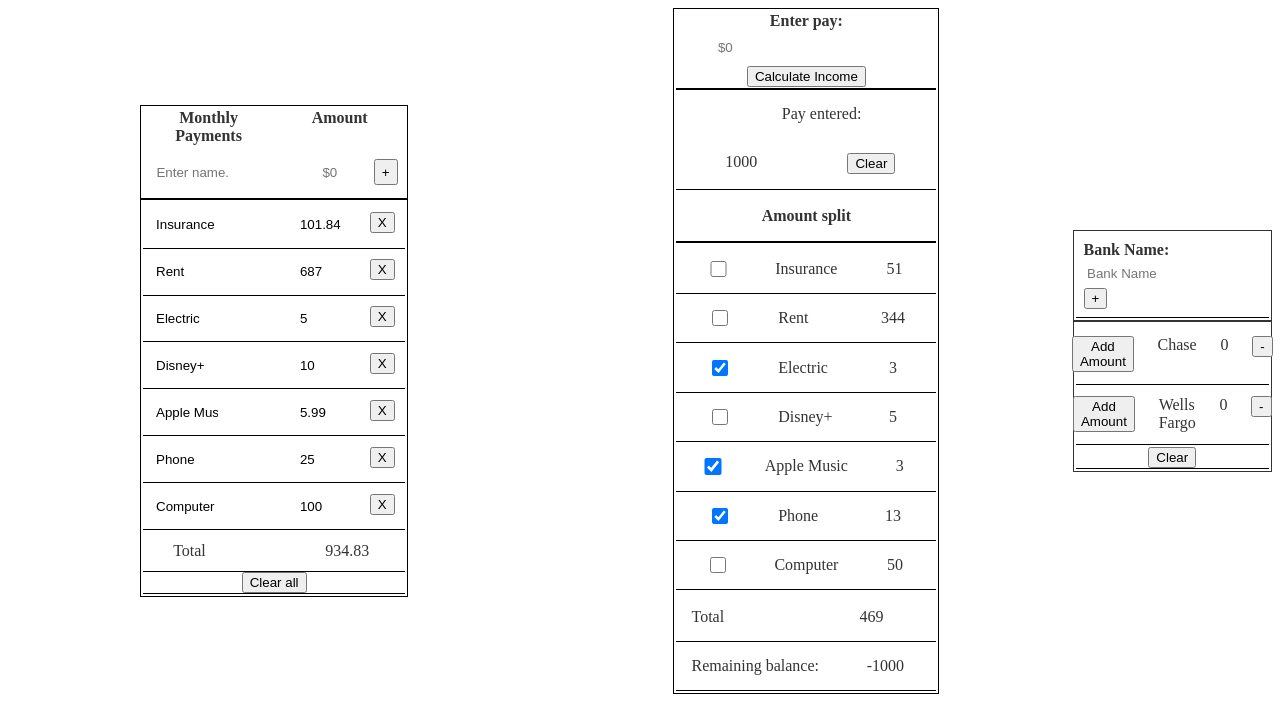
Repository: Kayla-amr/final-project-vue
Page: /
The author's editor kept a copy of each file at every save. The page is drawn from the files as they stood at one save, then again after a run of saves.
The browser window is 1280 px wide. The page is 1281 px wide, then 1280 px, then 1281 px, so the pictures cover 1281 px, including what lies to the right of the window. The pictures show the whole page.
The project was rebuilt for these pictures with package versions that can differ from the ones it lists, and the page was loaded fresh each time. Also part of the build but not shown: vite.config.js.

Above is the page before, as saved 2023-04-12 13:52:23.

After the next 3 saves:
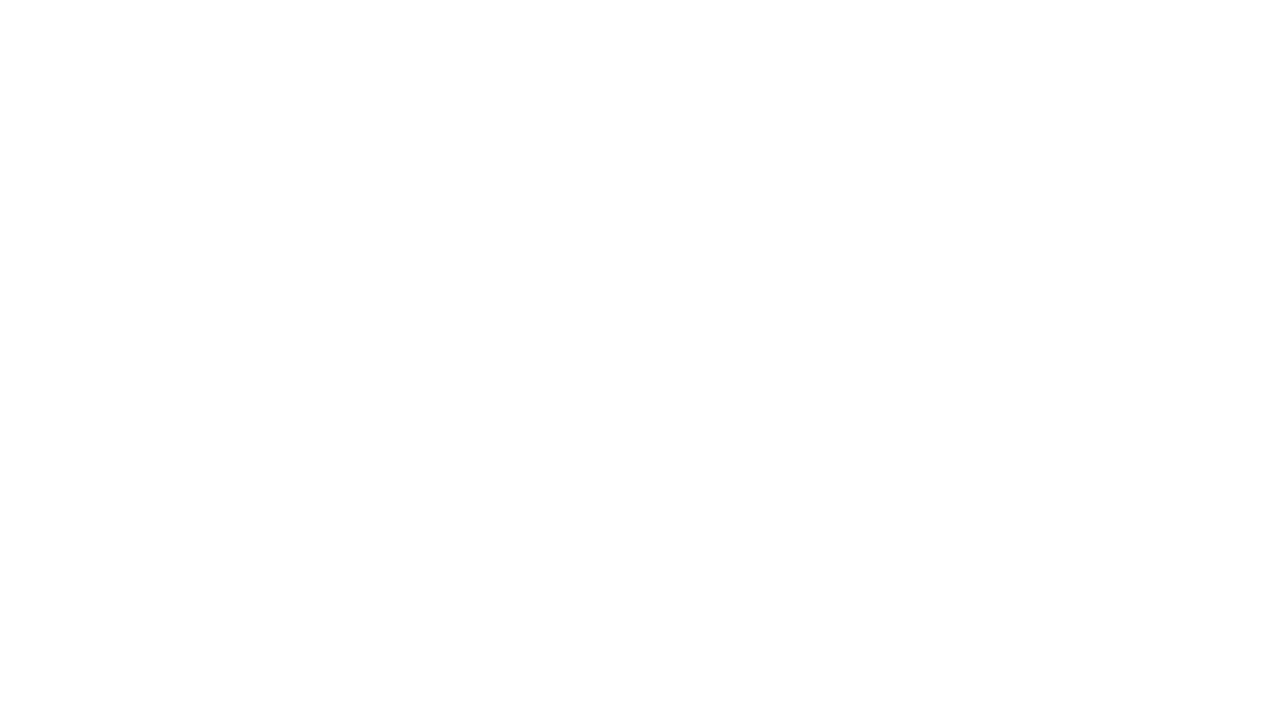
Console error: TypeError: $options.remainingIncome is not a function
The 3 saves are shown as one change because they came seconds apart.
The last was saved 9 s later.
--- a/src/components/SplitBudget.vue
+++ b/src/components/SplitBudget.vue
@@ -54,7 +54,7 @@
                 </tr>
                 <tr v-for="income in incomes" :key="income.id">
                     <td>Remaining balance:</td>
-                    <td>{{ remainingIncome }}</td>
+                    <td>{{ remainingIncome(totalDivided) }}</td>
                 </tr>
             </tfoot>
         </table>

After the 2 saves that followed:
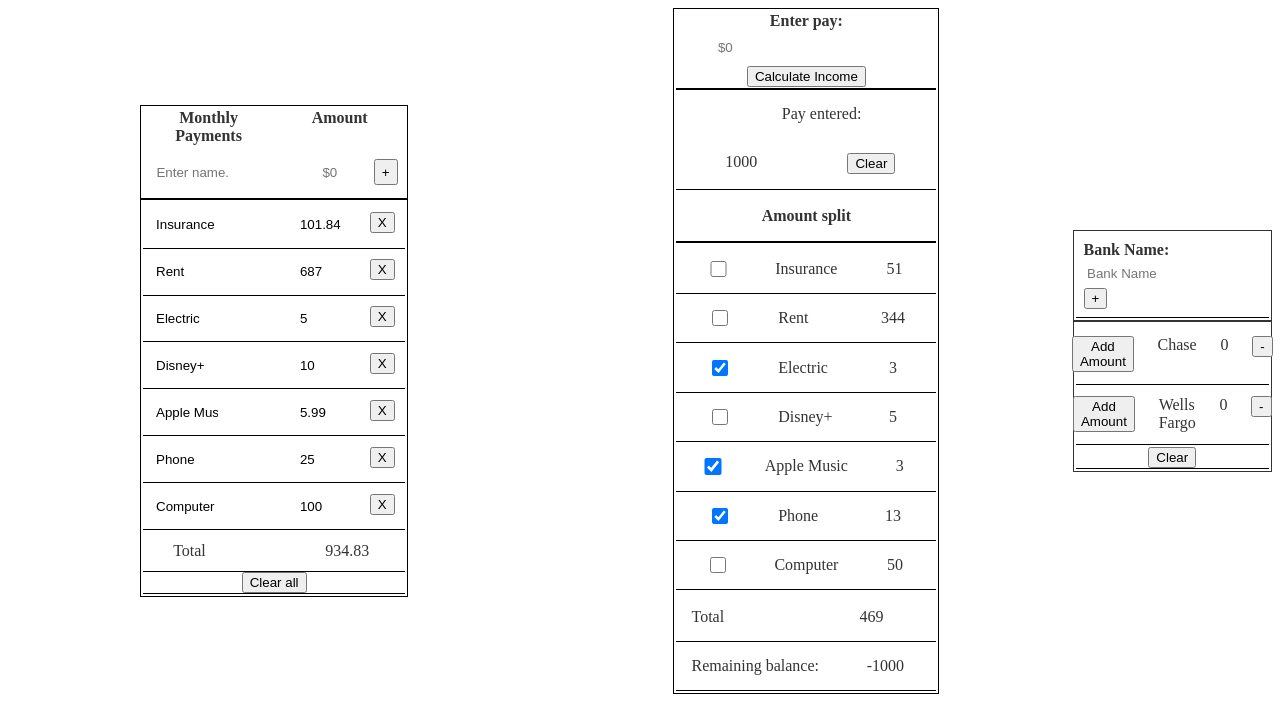
The error is gone.
The 2 saves are shown as one change because 1 left the picture as it was.
The last was saved 12 s later.
--- a/src/components/SplitBudget.vue
+++ b/src/components/SplitBudget.vue
@@ -54,7 +54,7 @@
                 </tr>
                 <tr v-for="income in incomes" :key="income.id">
                     <td>Remaining balance:</td>
-                    <td>{{ remainingIncome(totalDivided) }}</td>
+                    <td>{{ remainingIncome }}</td>
                 </tr>
             </tfoot>
         </table>
